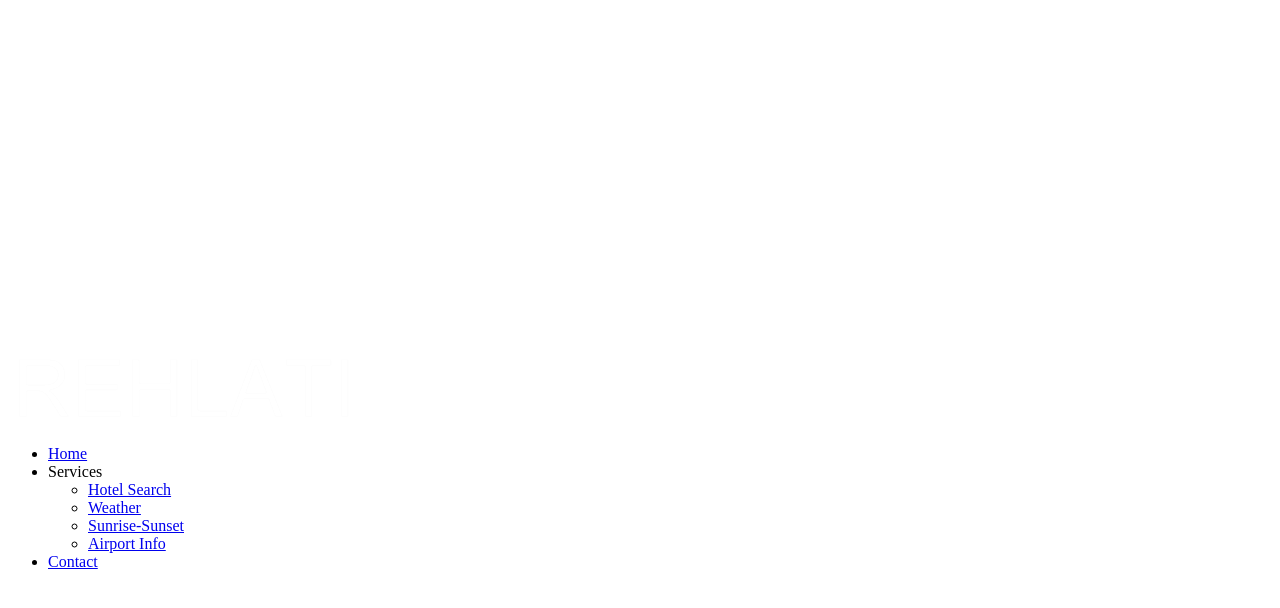
Repository: AliaShaheen/Rehlati
Page: RehlatiWeb/WebContent/menu.html
The author's editor kept a copy of each file at every save. The page is drawn from the files as they stood at one save, then again after the next save.
The browser window is 1280 px wide. The pictures show the whole page.

Above is the page before, as saved 2017-06-29 22:23:30.

After the next save:
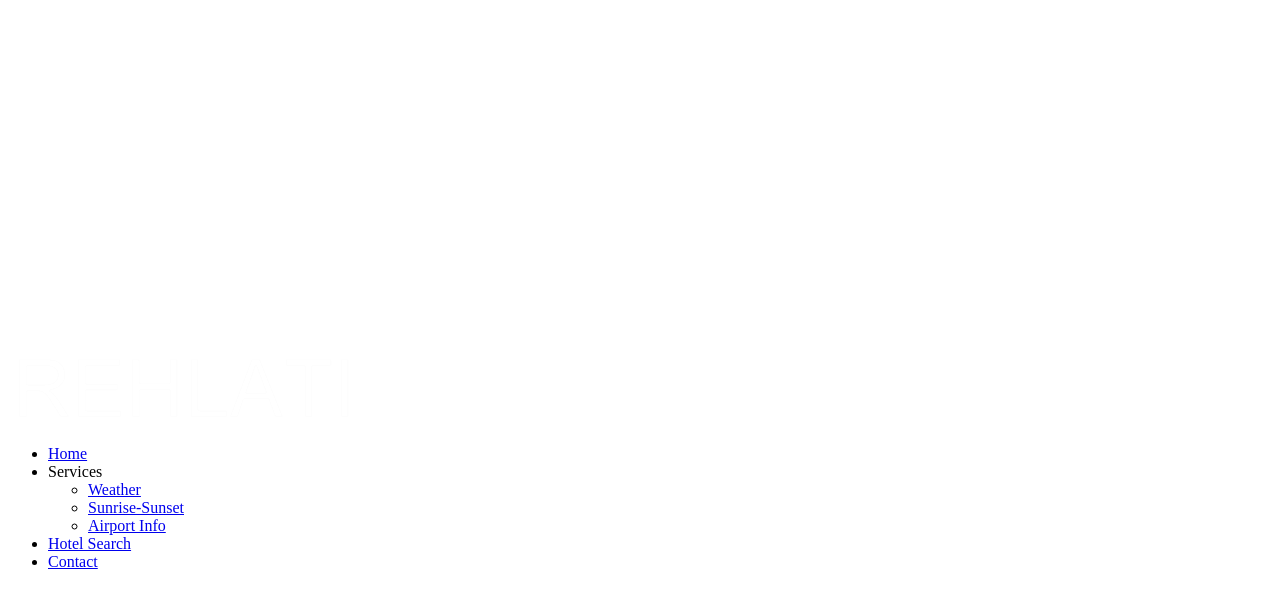
Saved 65 s later.
--- a/RehlatiWeb/WebContent/menu.html
+++ b/RehlatiWeb/WebContent/menu.html
@@ -24,11 +24,12 @@
 						<li><a href="index.xhtml" class="fa-home">Home</a></li>
 						<li><span class="fa-gears">Services</span>
 							<ul>
-								<li><a href="searchHotels.xhtml">Hotel Search</a></li>
 								<li><a href="weatherService.xhtml">Weather</a></li>
 								<li><a href="sunService.xhtml">Sunrise-Sunset</a></li>
 								<li><a href="airportService.xhtml">Airport Info</a></li>
 							</ul></li>
+
+						<li><a href="searchHotels.xhtml"  class="fa-copy">Hotel Search</a></li>
 						<li><a href="contact.xhtml" class="fa-comment">Contact</a></li>
 					</ul>
 				</div>
